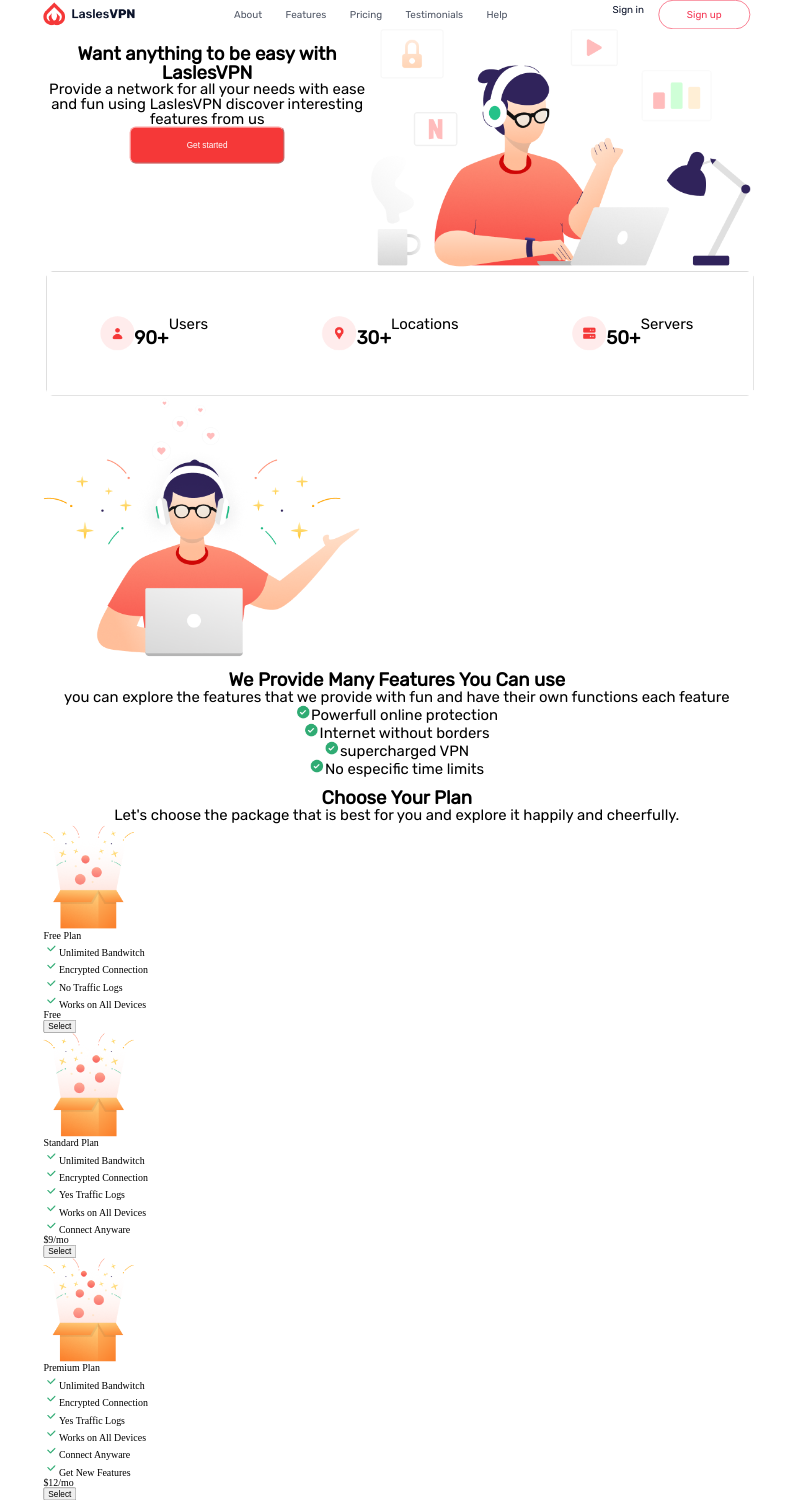
Repository: RaphaelMatheus-br/LP-251123
Page: index.html
An editor plug-in stored every save of this project. The page is shown before and after the next save, followed by the edit.
The browser window is 1280 px wide. The pictures show the whole page, at 62% of full size.

Above is the page before, as saved 2023-11-25 15:34:22.

After the next save:
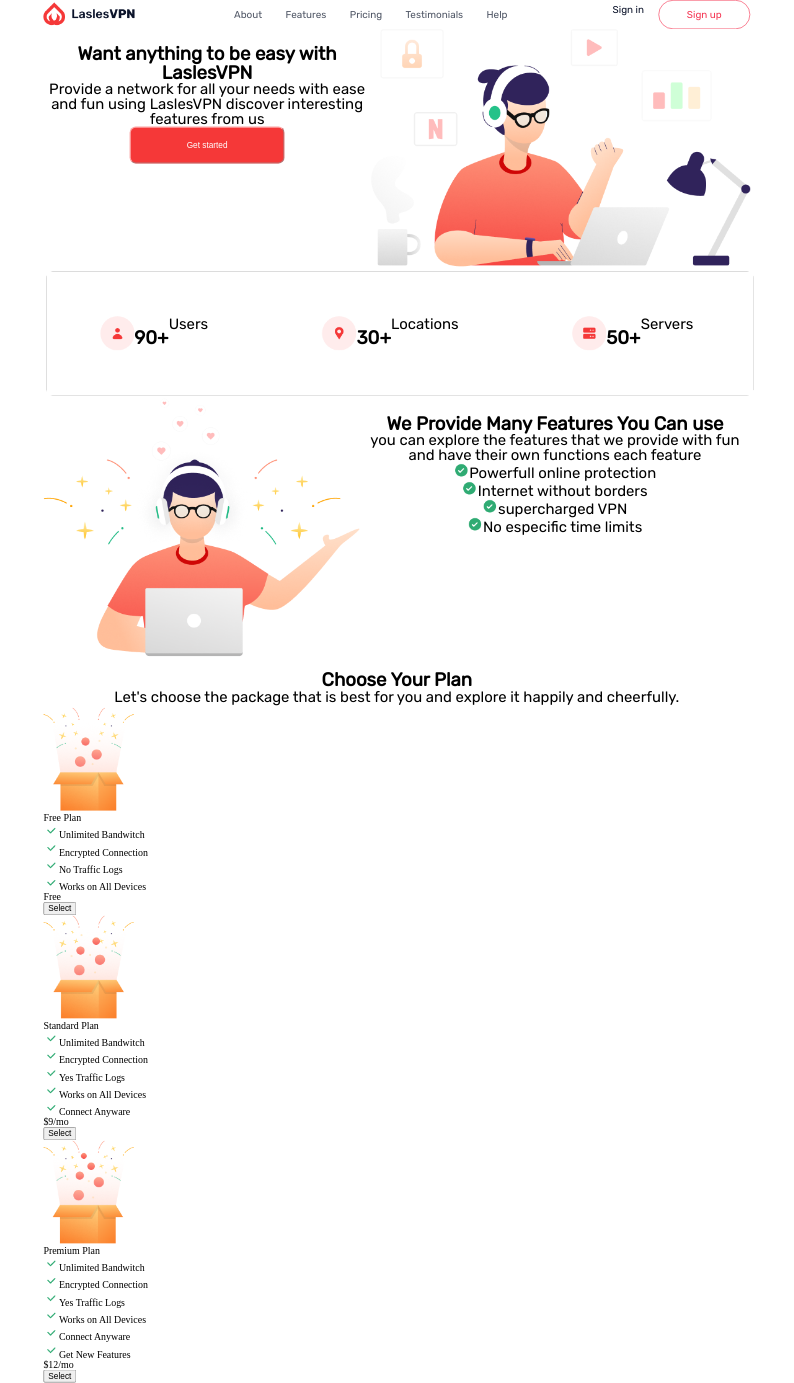
Saved 11 s later.
--- a/style.css
+++ b/style.css
@@ -141,6 +141,10 @@
     display: flex;
 }
 
+.box2 {
+    display: flex;
+}
+
 .sobre__titulo {
     font-weight: 700;
 }
